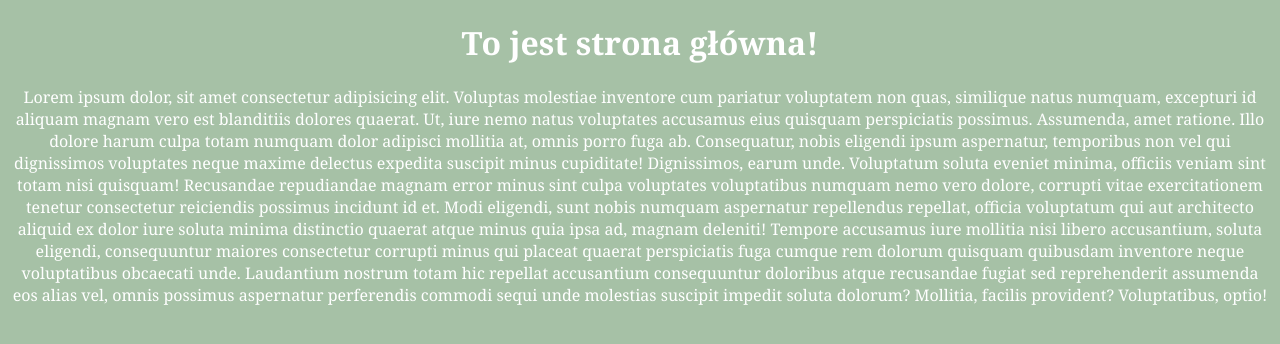
Repository: emas130/my-first-blog
Page: http://localhost/
These files come from the project's save history. The page is drawn as it stood at one moment and after the next save; the edit follows.
The browser window is 1280 px wide. The pictures show the whole page.
The page is served by the project's application, run on Django 2.2 (manage.py). Other server files are loaded and not shown.

Above is the page before, as saved 2020-01-21 15:29:05.

### stronamoja/views.py
from django.http import HttpResponse
from django.shortcuts import render

def about(request):
   # Adres strony który funkcja wywołuje
   return render(request, 'about.html')

def blog(request):
   #return HttpResponse('To jest blog')
   return render(request, 'blog.html')

def home(request):
   return render(request, 'home.html')

def gallery(request):
   return render(request, 'gallery.html')

### templates/home.html
{% load static %}
<!DOCTYPE html>
<html lang="en">
<head>
   <meta charset="UTF-8">
   <meta name="viewport" content="width=device-width, initial-scale=1.0">
   <meta http-equiv="X-UA-Compatible" content="ie=edge">
   <link rel="stylesheet" href="/static/style.css">
   <title>Document</title>
</head>
<body>
   <h1>To jest strona główna!</h1>
  <div class="container">
      <p>Lorem ipsum dolor, sit amet consectetur adipisicing elit. Voluptas molestiae inventore cum pariatur voluptatem non quas, similique natus numquam, excepturi id aliquam magnam vero est blanditiis dolores quaerat. Ut, iure nemo natus voluptates accusamus eius quisquam perspiciatis possimus. Assumenda, amet ratione. Illo dolore harum culpa totam numquam dolor adipisci mollitia at, omnis porro fuga ab. Consequatur, nobis eligendi ipsum aspernatur, temporibus non vel qui dignissimos voluptates neque maxime delectus expedita suscipit minus cupiditate! Dignissimos, earum unde. Voluptatum soluta eveniet minima, officiis veniam sint totam nisi quisquam! Recusandae repudiandae magnam error minus sint culpa voluptates voluptatibus numquam nemo vero dolore, corrupti vitae exercitationem tenetur consectetur reiciendis possimus incidunt id et. Modi eligendi, sunt nobis numquam aspernatur repellendus repellat, officia voluptatum qui aut architecto aliquid ex dolor iure soluta minima distinctio quaerat atque minus quia ipsa ad, magnam deleniti! Tempore accusamus iure mollitia nisi libero accusantium, soluta eligendi, consequuntur maiores consectetur corrupti minus qui placeat quaerat perspiciatis fuga cumque rem dolorum quisquam quibusdam inventore neque voluptatibus obcaecati unde. Laudantium nostrum totam hic repellat accusantium consequuntur doloribus atque recusandae fugiat sed reprehenderit assumenda eos alias vel, omnis possimus aspernatur perferendis commodi sequi unde molestias suscipit impedit soluta dolorum? Mollitia, facilis provident? Voluptatibus, optio!</p>
   </div>
</body>
</html>

### stronamoja/urls.py
from django.contrib import admin
from django.urls import path
from . import views
from django.contrib.staticfiles.urls import staticfiles_urlpatterns

urlpatterns = [
    path('admin/', admin.site.urls),
    path('about/', views.about),
    path('blog/', views.blog),
    path('gallery', views.gallery),
    path('', views.home),
]

urlpatterns += staticfiles_urlpatterns()

### stronamoja/pliki/style.css
body {
   background-color: #2626;
   color: #fff;
   text-align: center;
   font-family: Cambria, Cochin, Georgia, Times, 'Times New Roman', serif;
}

After the next save:
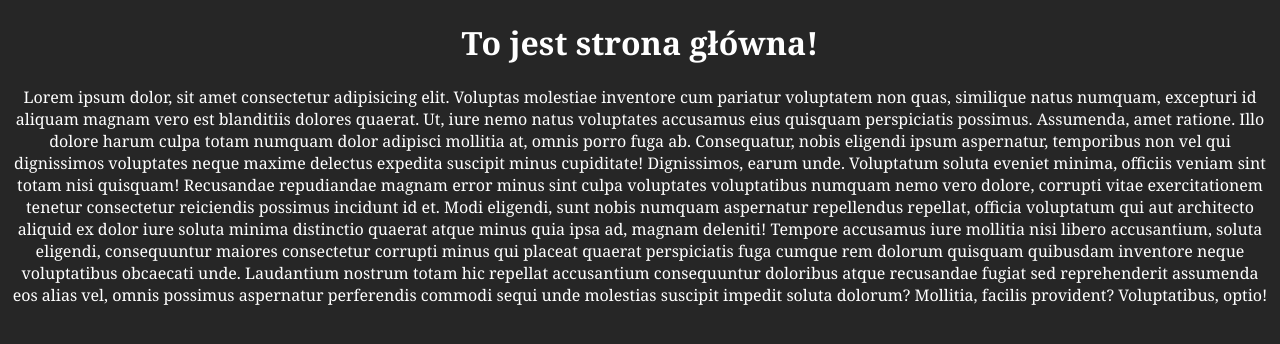
Saved 12 min 11 s later.
--- a/stronamoja/pliki/style.css
+++ b/stronamoja/pliki/style.css
@@ -1,5 +1,5 @@
 body {
-   background-color: #2626;
+   background-color: #262626;
    color: #fff;
    text-align: center;
    font-family: Cambria, Cochin, Georgia, Times, 'Times New Roman', serif;
